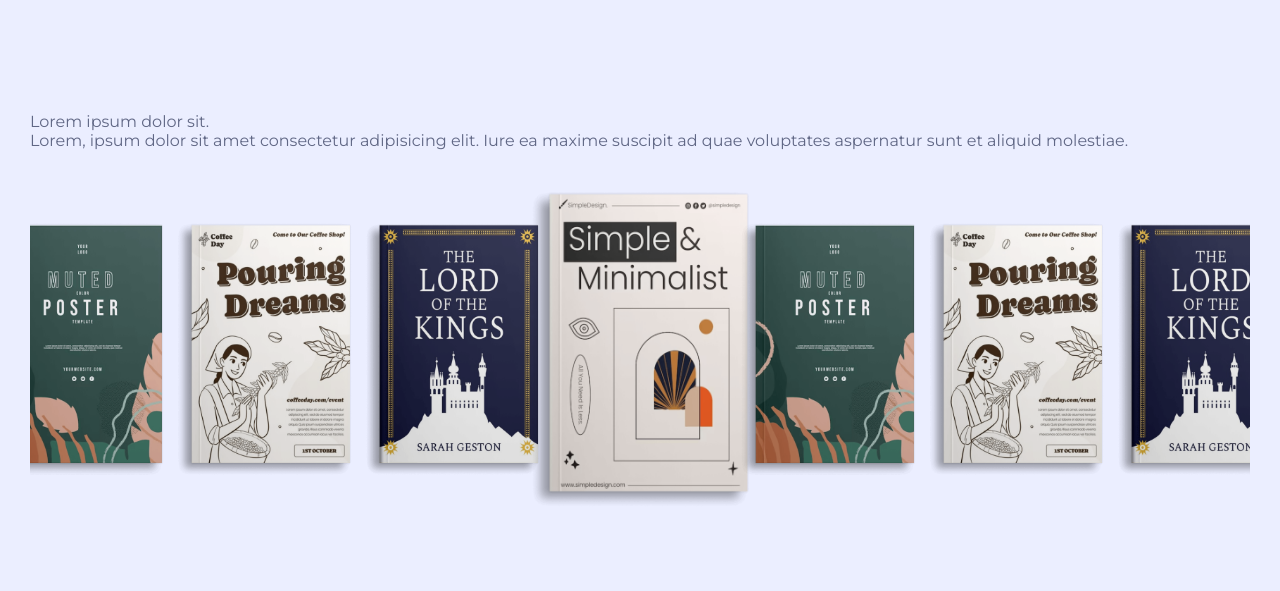
Repository: dinhhaidh/slider-book
Page: index1.html
An editor plug-in stored every save of this project. The page is shown before and after the next save, followed by the edit.
The browser window is 1280 px wide. The pictures show the whole page.
Some web fonts or font styles are not loaded; a fallback is used.

Above is the page before, as saved 2024-01-15 15:36:16.

After the next save:
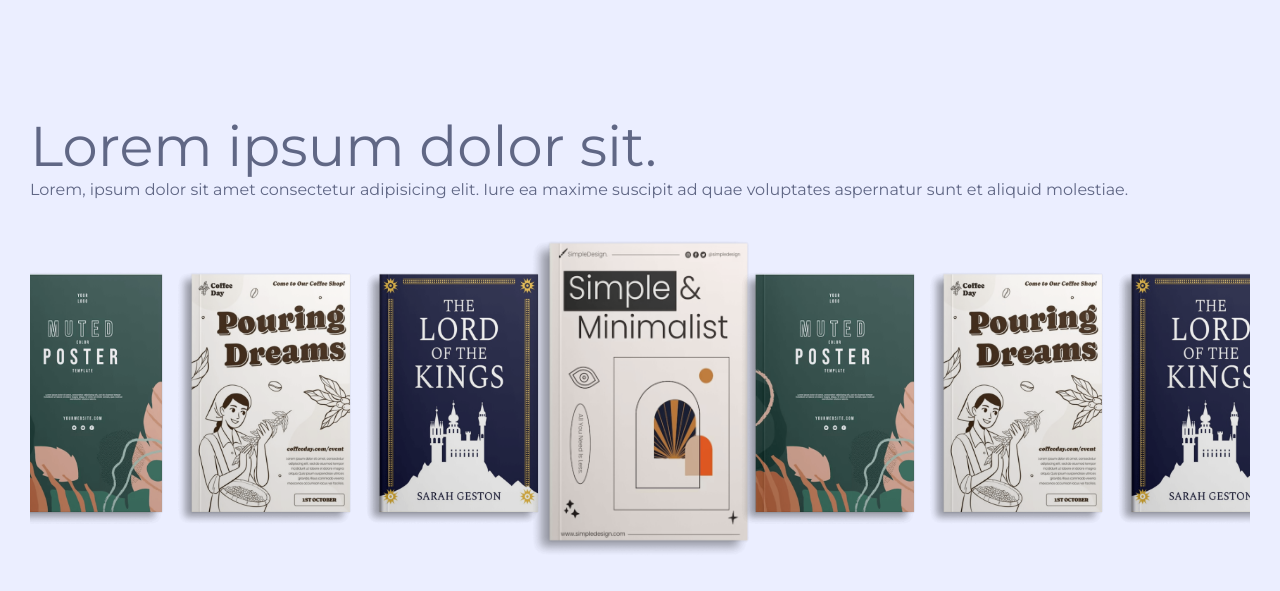
Saved 4 s later.
--- a/css/style.css
+++ b/css/style.css
@@ -177,7 +177,7 @@ img {
   ;
 } */
 .home__title{
-  font-size: big;
+  font-size: var(--biggest-font-size);
 }
 .home__image{
   display: grid;
